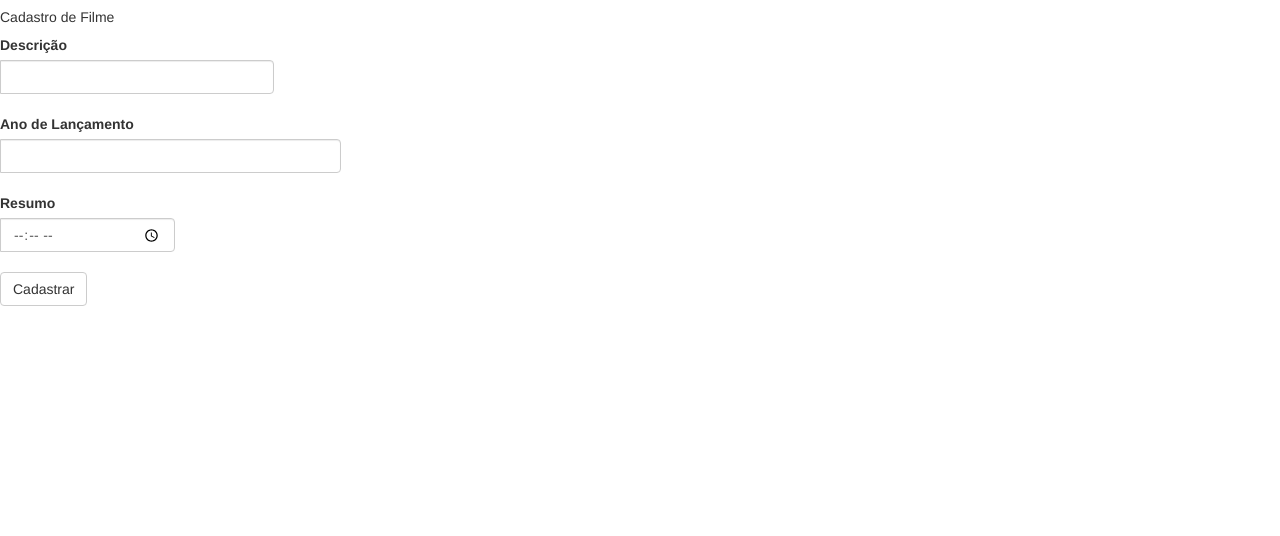
Repository: cadupedrassani/CursoDeJava
Page: Avaliação/BaseAPI/WebApp/src/main/webapp/filme/cadastro.html
An editor plug-in stored every save of this project. The page is shown before and after the next save, followed by the edit.
The browser window is 1280 px wide. The pictures show the whole page.

Above is the page before, as saved 2016-12-06 15:57:22.

After the next save:
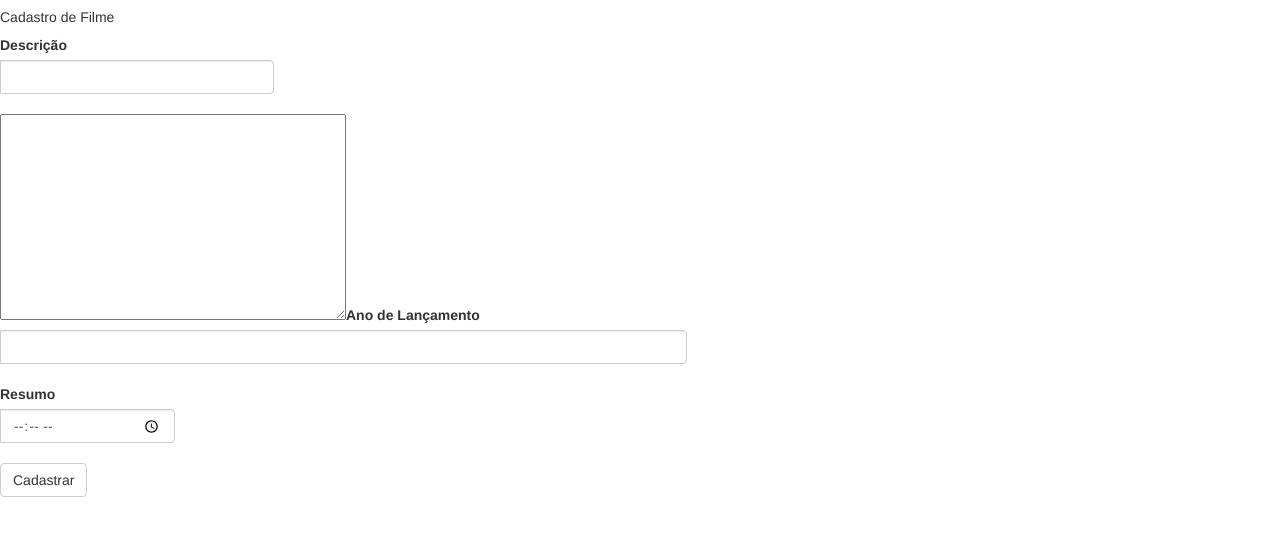
Saved 10 s later.
--- a/Avaliação/BaseAPI/WebApp/src/main/webapp/filme/cadastro.html
+++ b/Avaliação/BaseAPI/WebApp/src/main/webapp/filme/cadastro.html
@@ -18,6 +18,7 @@
 </br>
 
 <div class="input-group">
+	<textarea rows="10" cols="40"></textarea>
 	<label>Ano de Lançamento</label>
 	<input id="ano-filme"
 	       type="text"
